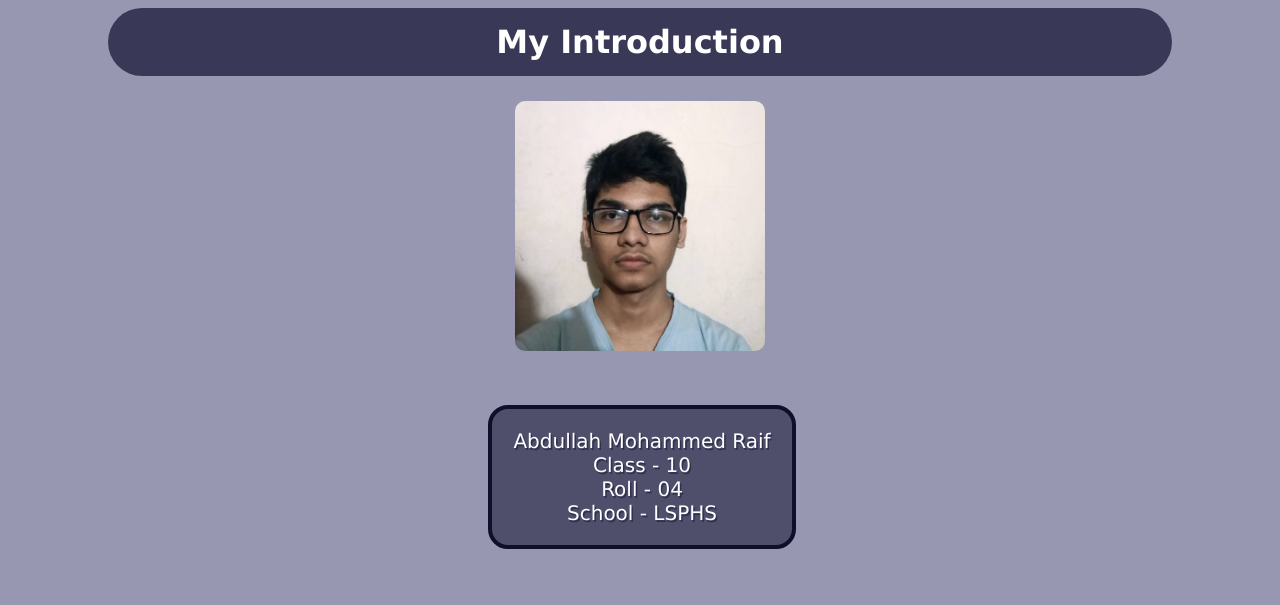
Repository: Raif-007/Portfolio
Page: index.html
The author's editor kept a copy of each file at every save. The page is drawn from the files as they stood at one save, then again after the next save.
The browser window is 1280 px wide. The pictures show the whole page.

Above is the page before, as saved 2021-07-05 17:22:45.

### index.html
<!DOCTYPE html>
<html lang="en">

<head>
    <meta charset="UTF-8">
    <meta http-equiv="X-UA-Compatible" content="IE=edge">
    <meta name="viewport" content="width=device-width, initial-scale=1.0">
    <title>Portfolio</title>
    <link rel="stylesheet" href="styles.css">
</head>

<body>

    <h1>
        My Introduction
    </h1>

    <img id="i01" src="final pic.jpg" alt="raif">
    <div>

        <p>
            Abdullah Mohammed Raif
            <br> Class - 10
            <br> Roll - 04
            <br> School - LSPHS

        </p>


    </div>
</body>

</html>

### styles.css
            body {
                background-color: rgba(54, 54, 105, 0.514);
                color: #ffffff;
                font-family: Verdana, Geneva, Tahoma, sans-serif;
                text-align: center;
            }

            h1 {
                background-color: rgba(25, 25, 56, 0.74);
                padding: 15px;
                margin: 0px 100px;
                border-radius: 50px;
            }

            div {
                font-size: 20px;
                border: 4px solid rgb(15, 15, 43);
                width: 300px;
                margin-left: 480px;
                margin-top: 50px;
                background-color: rgba(25, 25, 56, 0.568);
                border-radius: 20px;
                text-shadow: 1.5px 1.5px rgba(25, 25, 56, 0.568)
            }

            #i01 {
                width: 250px;
                height: 250px;
                margin-top: 25px;
                border-radius: 10px;
            }

After the next save:
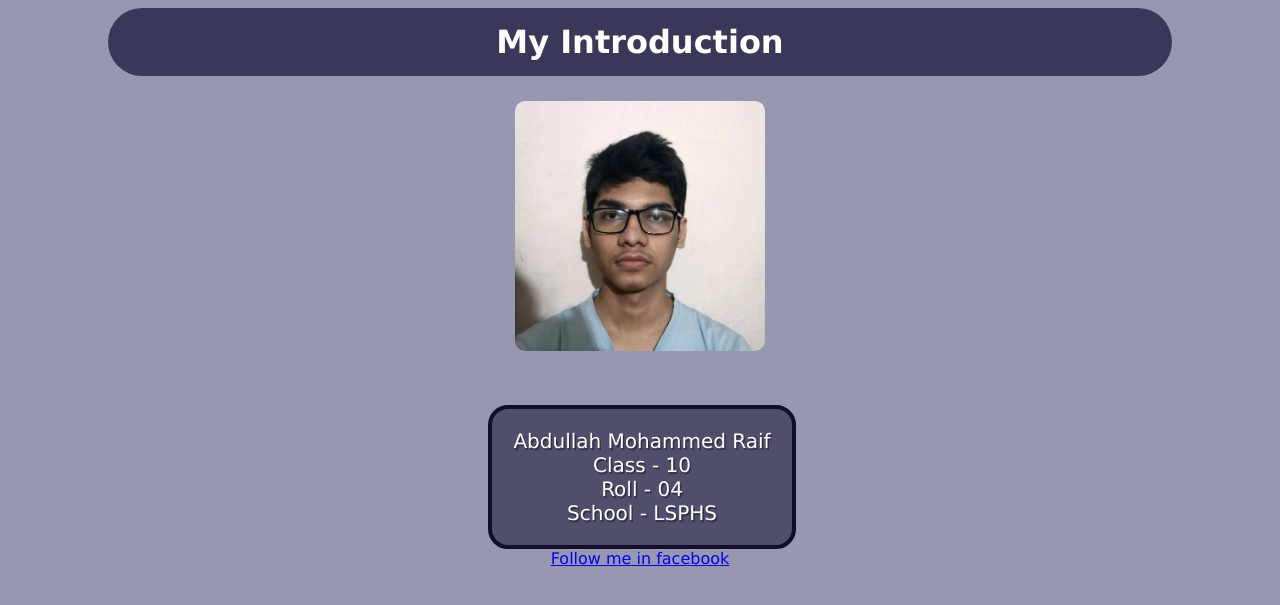
Saved 2 min 25 s later.
--- a/index.html
+++ b/index.html
@@ -28,6 +28,8 @@
 
 
     </div>
+
+    <a href="https://www.facebook.com/raif.chy.58">Follow me in facebook</a>
 </body>
 
 </html>
